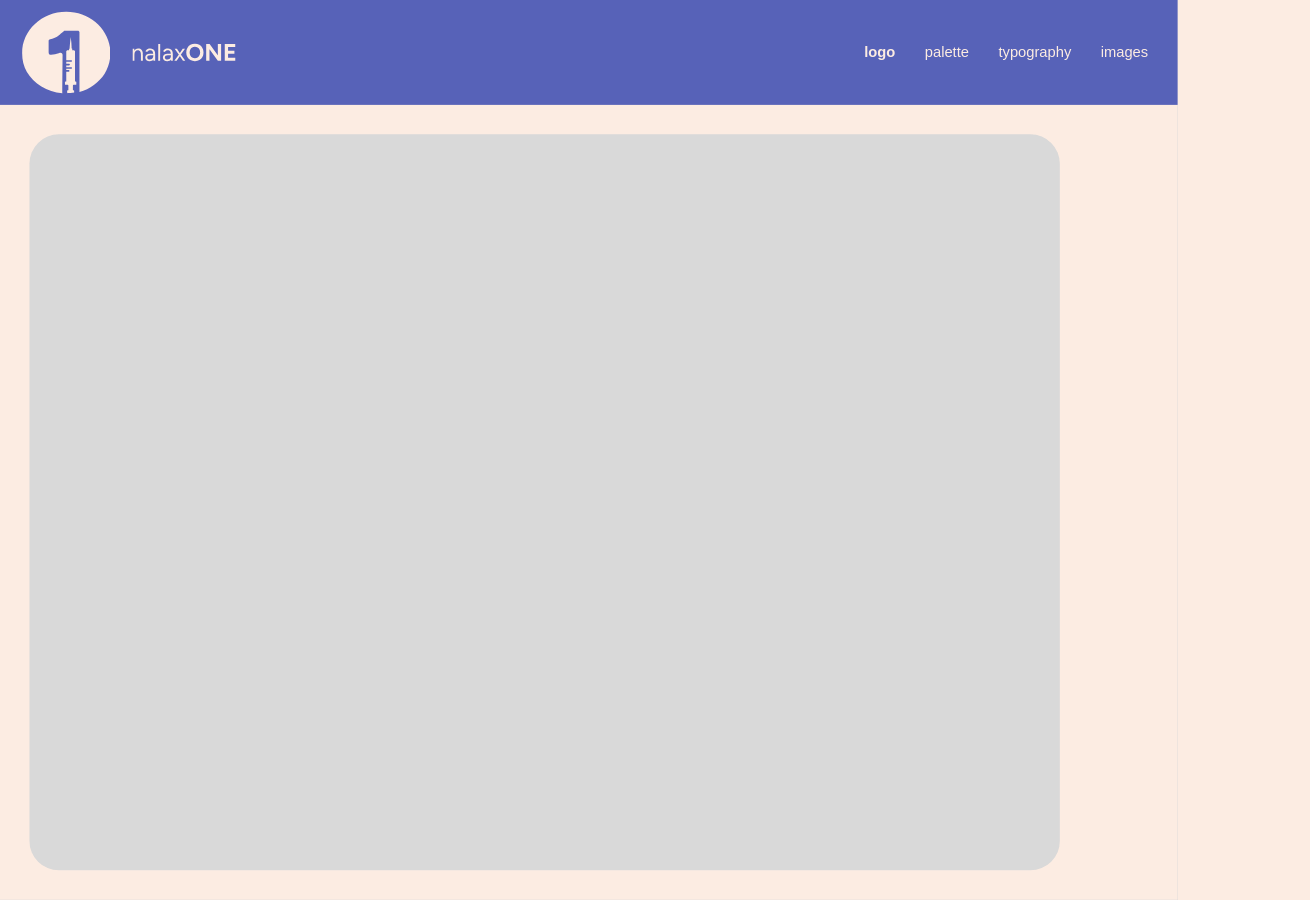
Repository: carolinalxu/design2styleguide
Page: pages/index.html
These files come from the project's save history. The page is drawn as it stood at one moment and after a run of saves; the edit follows.
The browser window is 1280 px wide. The page is 1280 px wide, then 1424 px, so the pictures cover 1424 px, including what lies to the right of the window. The pictures show the whole page, at 92% of full size.

Above is the page before, as saved 2023-03-11 20:27:30.

### pages/index.html
<!DOCTYPE html>
<html lang="en">

<head>
    <meta charset="UTF-8">
    <meta http-equiv="X-UA-Compatible" content="IE=edge">
    <meta name="viewport" content="width=device-width, initial-scale=1.0">
    <link rel="stylesheet" href="/styles/home.styles.css">
    <title>naloxONE styleguide</title>
</head>

<body>
    <div class="navBar">
        <div class="logo">
            <img class="navIcon" src="/public/SVG/nalaxONE-icon.svg">
            <img class="wordMark" src="/public/SVG/naloxONE wordmark.svg">
        </div>
        <div class="menu">
            <p class="pressed">logo</p>
            <p class="link" href="/pages/palette.html">palette</p>
            <p class="link" href="/pages/typography.html">typography</p>
            <p class="link" href="/pages/images.html">images</p>
        </div>
    </div>

    <div class="container">
        <div class="logo"></div>
        <div class="aboutLogo"></div>
        <div class="logoMarkEx"></div>
        <div class="wordMarkEx"></div>
        <div class="scaling"></div>
    </div>
</body>

</html>

### styles/home.styles.css
:root {
    --white: #FCECE2;
    --coral-pink: #F9897A;
    --vista-blue: #819DFF;
    --savoy-blue: #5762B8;
    --light-blue: #D9D9D9;

}

body {
    display: flex;
    flex-direction: column;
    flex-wrap: wrap;
    background-color: #FCECE2;
    margin: 0;
}

.navBar {
    display: flex;
    flex-direction: row;
    flex-wrap: wrap;
    background-color: #5762B8;
    justify-content: space-between;


}

.logo {
    display: flex;
    flex-wrap: wrap;
    flex-direction: row;
    justify-content: flex-start;

}

.navIcon {

    width: 6rem;
    height: auto;
    padding-left: 1.5rem;
    padding-right: 1.5rem;

}

.wordMark {
    width: 7rem;
    height: auto;

}

.menu {
    display: flex;
    flex-direction: row;
    padding: 1rem;


}

.pressed {
    display: flex;
    flex-wrap: wrap;
    color: #FCECE2;
    font-weight: bolder;
    font-family: Arial, Helvetica, sans-serif;
    padding: 1rem;
}

.link {
    display: flex;
    flex-wrap: wrap;
    color: #FCECE2;
    font-family: Arial, Helvetica, sans-serif;
    padding: 1rem;
}

.link:hover {
    text-decoration: underline;
}

.container {
    display: flex;
    justify-content: center;
    align-content: center;

    flex-wrap: wrap;
    margin: 2rem;
    background-color: var(--light-blue);
    width: 70rem;
    height: 50rem;
    border-radius: 2rem;
}

After the next 2 saves:
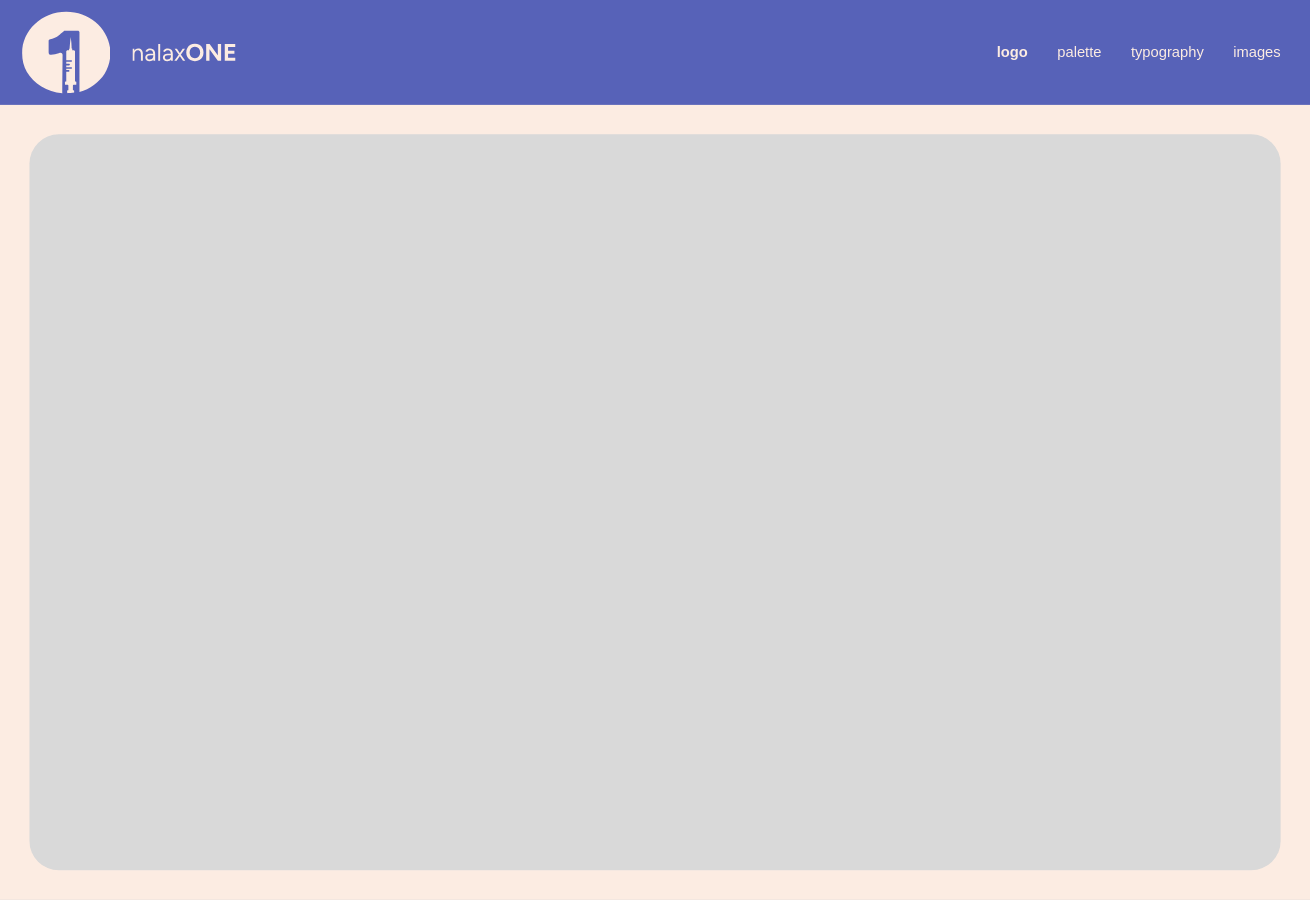
The 2 saves are shown as one change because they came seconds apart.
The last was saved 7 s later.
--- a/styles/home.styles.css
+++ b/styles/home.styles.css
@@ -85,7 +85,7 @@
     flex-wrap: wrap;
     margin: 2rem;
     background-color: var(--light-blue);
-    width: 70rem;
+    width: 85rem;
     height: 50rem;
     border-radius: 2rem;
 }
